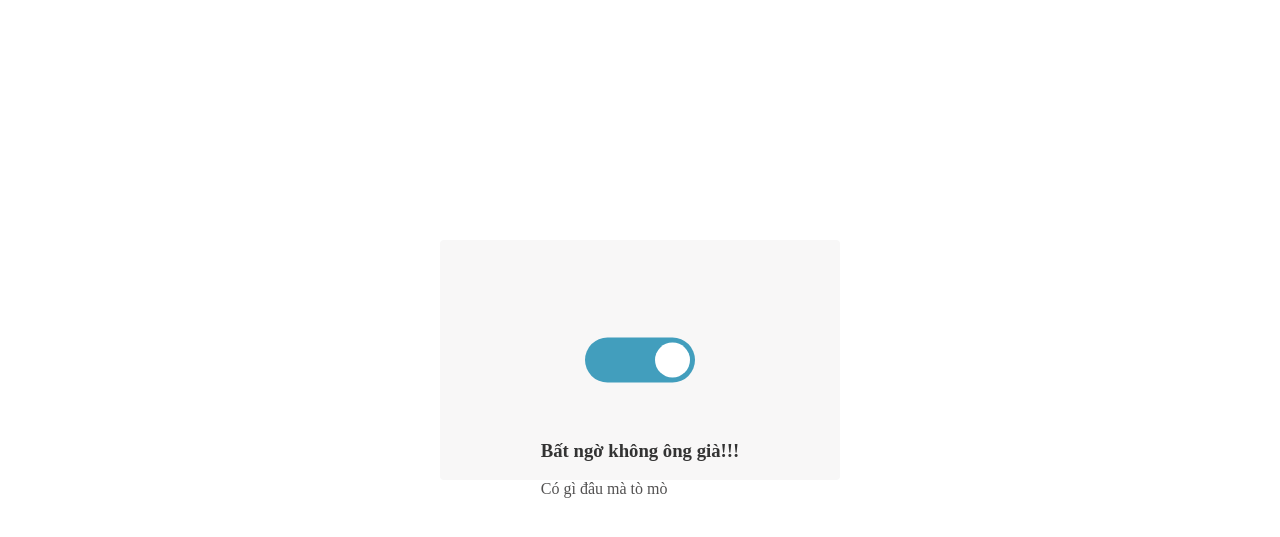
Repository: haokiet2501/troll-my-react
Page: /, after clicking the first element matching `div.toggle-center`
These files come from the project's save history. The page is drawn as it stood at one moment and after the next save; the edit follows.
The browser window is 1280 px wide. The pictures show the whole page.
The project was rebuilt for these pictures with package versions that can differ from the ones it lists, and the page was loaded fresh each time.

Above is the page before, as saved 2022-07-30 23:12:48.

After the next save:
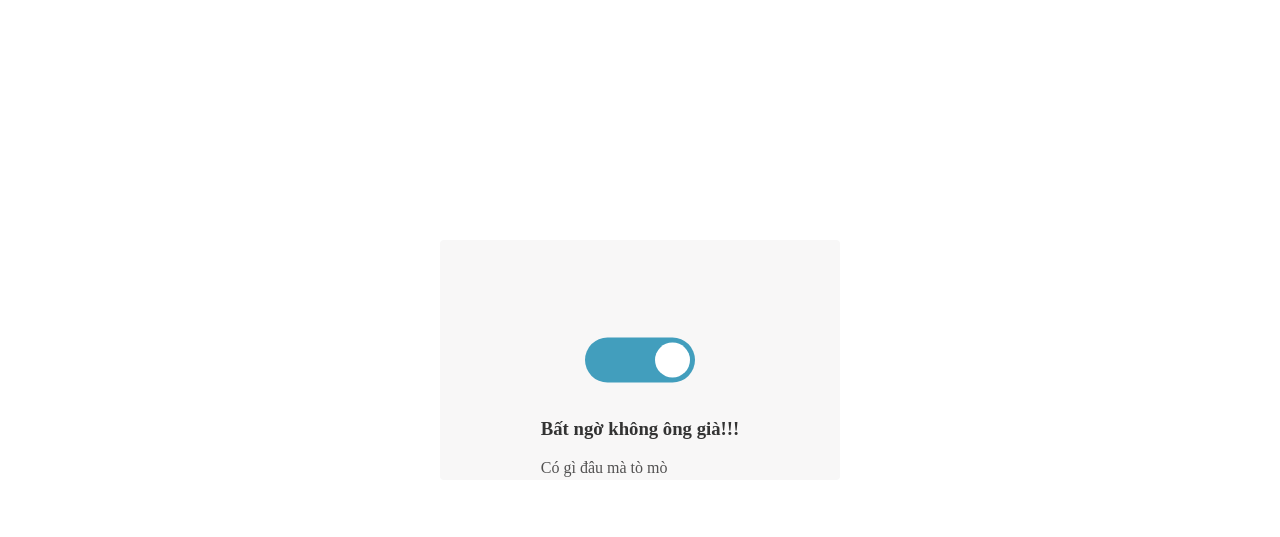
Saved 4 s later.
--- a/src/index.css
+++ b/src/index.css
@@ -22,7 +22,7 @@
 
 .todo-center {
   position: absolute;
-  top: 65%;
+  top: 62%;
   left: 50%;
   transform: translate(-50%, -50%);
   z-index: 999;
